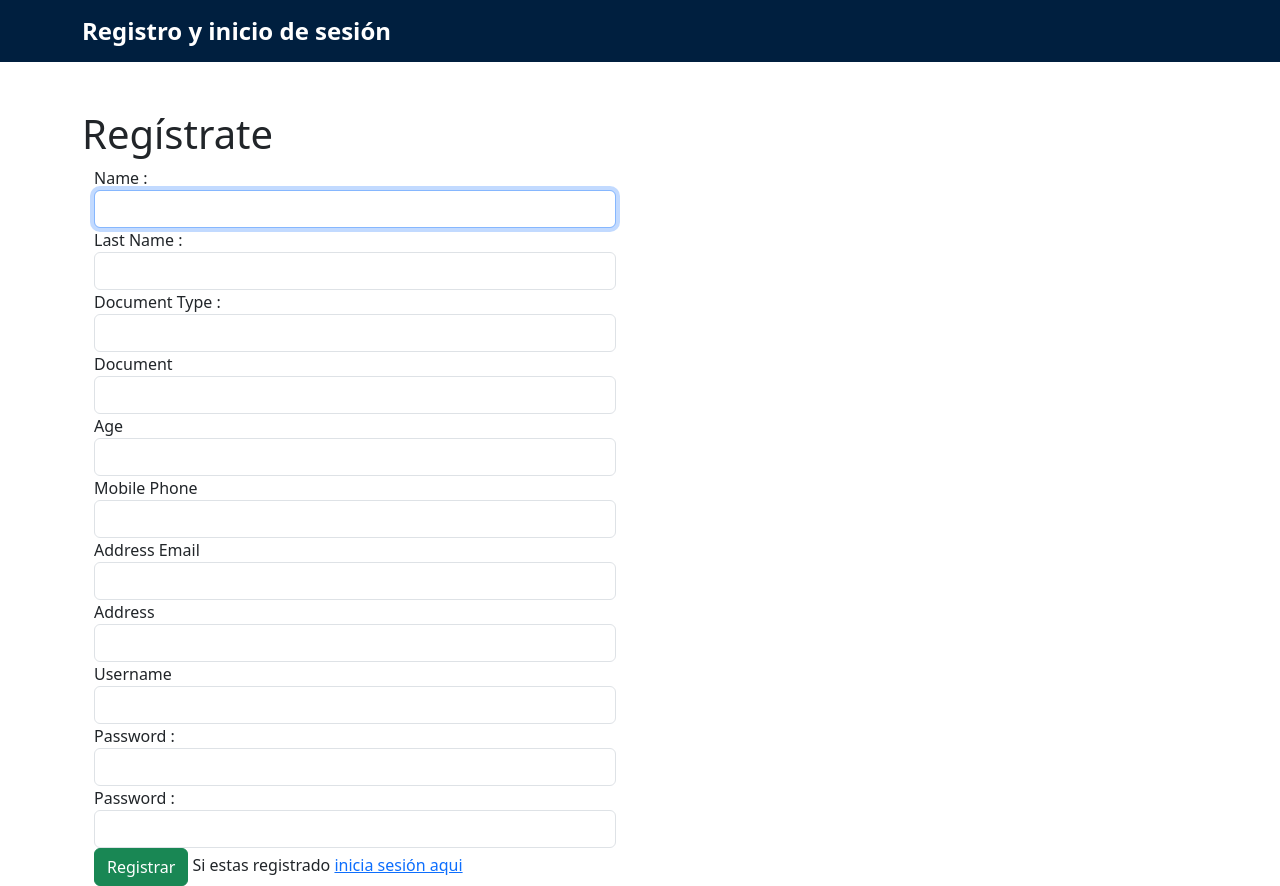
Repository: BolivarCaro/ecenviosweb
Page: http://localhost/record
These files come from the project's save history. The page is drawn as it stood at one moment and after the next save; the edit follows.
The browser window is 1280 px wide. The pictures show the whole page.
The page is this project's Thymeleaf template; nobody is signed in. The template is opened directly, without the code that normally fills it, so the values that code supplies are empty.

Above is the page before, as saved 2024-07-14 14:41:27.

After the next save:
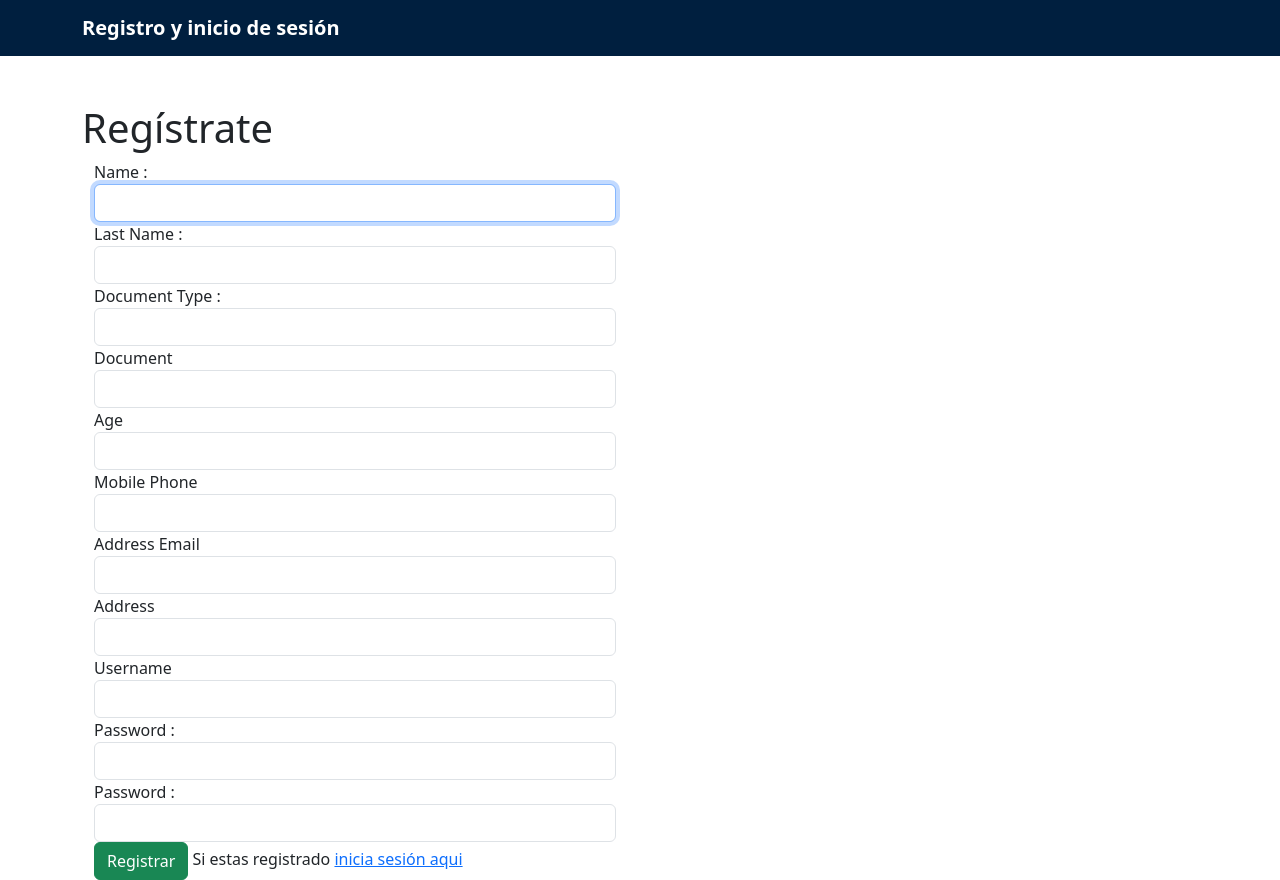
Saved 42 s later.
--- a/sprindbootecenvios/src/main/resources/templates/record.html
+++ b/sprindbootecenvios/src/main/resources/templates/record.html
@@ -11,11 +11,12 @@
   <body>
 	<nav class="navbar" style="background-color: #001F3F;">
 	    <div class="container text-center">
-	        <a class="navbar-brand" href="#" th:href="@{/}" style="color: white; font-weight: bold; font-size: 24px;">
+	        <a class="navbar-brand" href="#" th:href="@{/}" style="color: white; font-weight: bold; font-size: 20px;">
 	            Registro y inicio de sesión
 	        </a>
 	    </div>
 	</nav>
+
 
 
 		<br>
